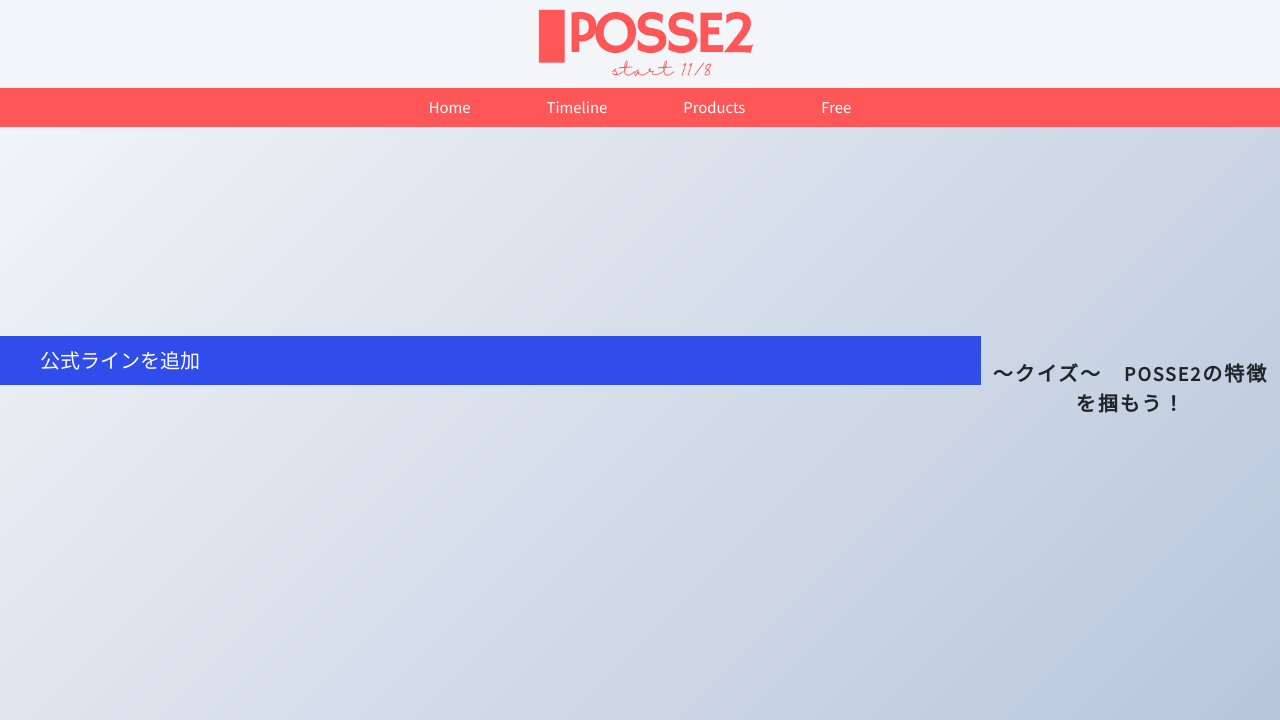
Repository: posse-ap/posse2-hackathon-202202-team2B
Page: src/html/top.html
An editor plug-in stored every save of this project. The page is shown before and after the next save, followed by the edit.
The browser window is 1280 px wide. The pictures show the whole page.
The style sheet was rebuilt from its Sass, Less or Tailwind sources for each picture, by a compiler version that may differ from the author's.

Above is the page before, as saved 2022-02-15 12:18:39.
Console error: SyntaxError: Cannot use import statement outside a module

After the next save:
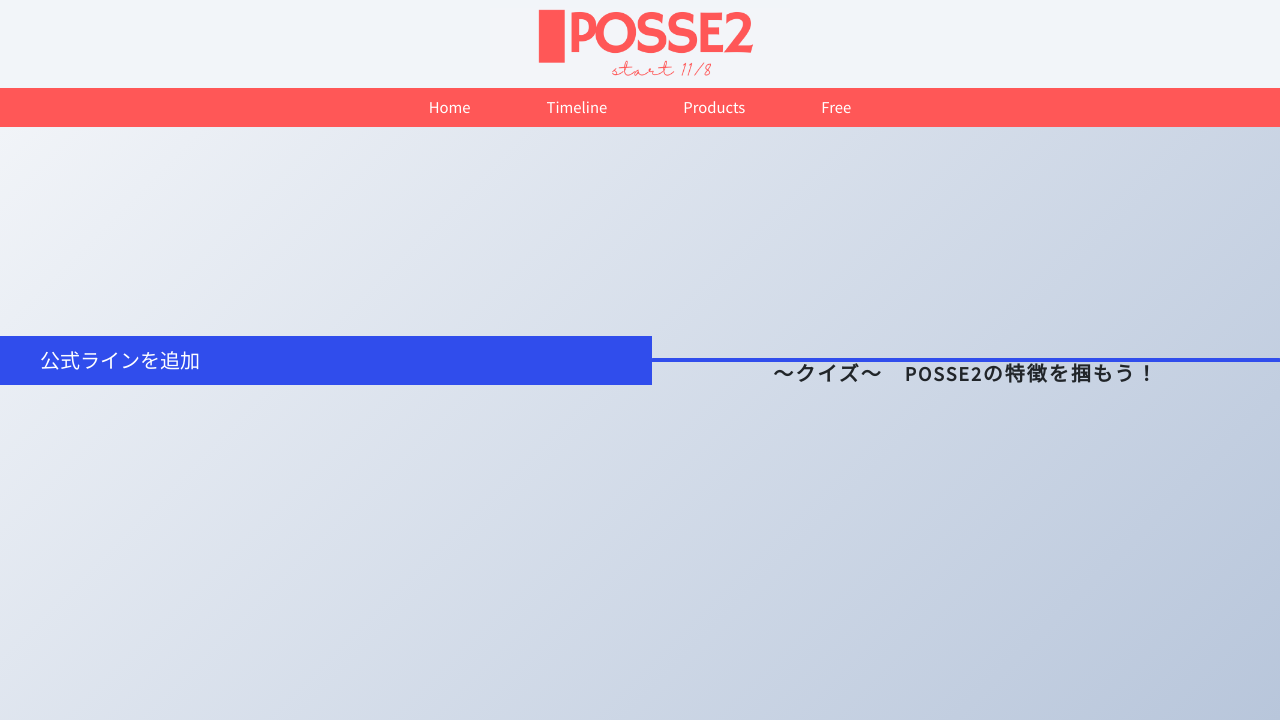
Saved 18 s later.
--- a/src/html/top.html
+++ b/src/html/top.html
@@ -27,7 +27,7 @@
 
 <!-- クイズ -->
 <button><a class="button_container" href="https://lin.ee/sQdqKjf"><i class="fab fa-line"></i>公式ラインを追加</i></a></button>
-<p class="btn record_register button_container" id="openModal"><span>〜クイズ〜　POSSE2の特徴を掴もう！</span></p>
+<button class="btn record_register button_container" id="openModal"><span>〜クイズ〜　POSSE2の特徴を掴もう！</span></button>
 <section id="modalArea" class="modalArea">
     <div id="modalBg" class="modalBg"></div>
     <div class="modalWrapper">
